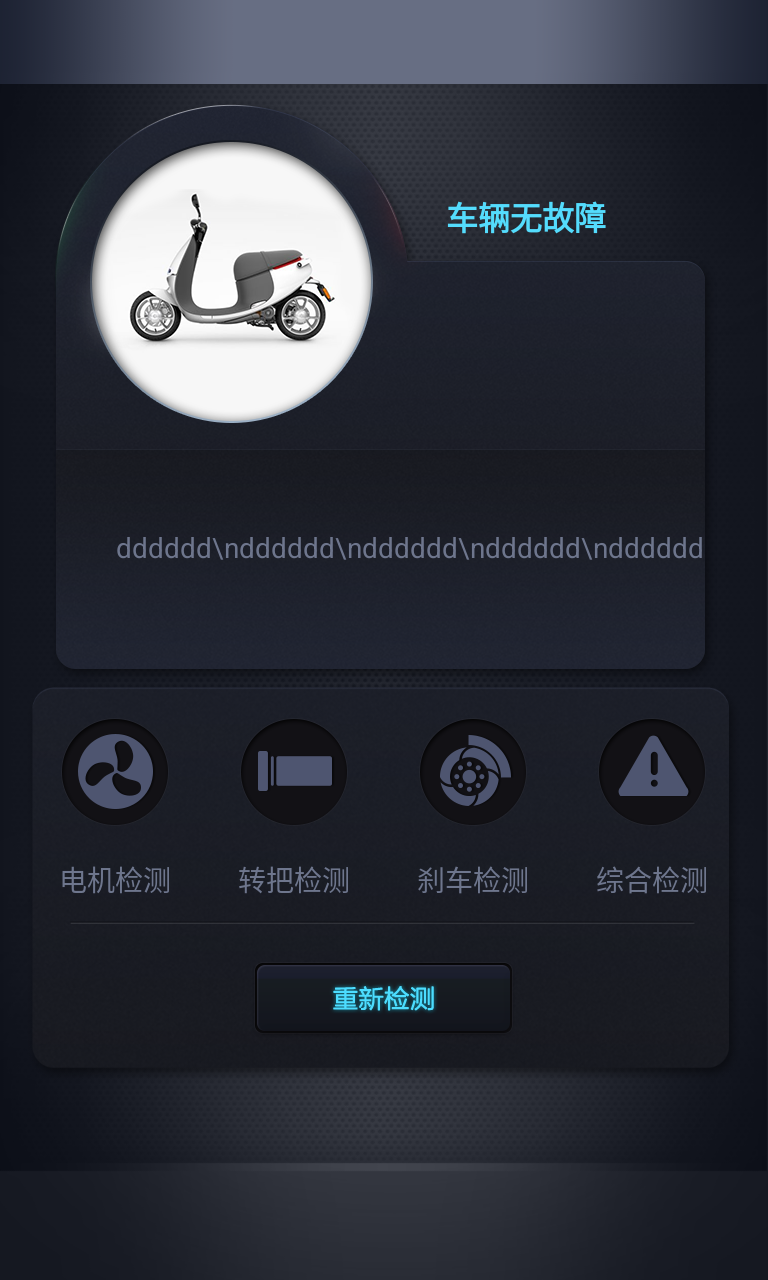
Repository: dongerqiang/Ab_YuanDun
Layout: WangCar/res/layout/activity_car_check_layout.xml
These files come from the project's save history. The layout is drawn as it stood at one moment and after the next save; the edit follows.
It is drawn on a 768 x 1280 px phone screen (xhdpi) without system bars, with theme android:Theme.Black.NoTitleBar; the app's code is not run.

Above is the layout before, as saved 2017-06-24 12:43:07.

### WangCar/res/layout/activity_car_check_layout.xml
<?xml version="1.0" encoding="utf-8"?>
<RelativeLayout xmlns:android="http://schemas.android.com/apk/res/android"
    android:layout_width="match_parent"
    android:layout_height="match_parent"
    android:background="@drawable/icon_window_bg" >

    <include
        android:id="@+id/titleLayout"
        layout="@layout/title_bar_layout" />

    <LinearLayout
        android:layout_width="match_parent"
        android:layout_height="wrap_content"
        android:layout_below="@id/titleLayout"
        android:orientation="vertical"
        android:paddingTop="8dp"
        >

        <FrameLayout
            android:layout_width="match_parent"
            android:layout_height="wrap_content" >

            <ImageView
                android:layout_width="wrap_content"
                android:layout_height="wrap_content"
                android:layout_gravity="center"
                android:src="@drawable/icon_check_top_bg" />

            <TextView
                android:id="@+id/asrTv"
                android:layout_width="wrap_content"
                android:layout_height="wrap_content"
                android:layout_gravity="left|center_vertical"
                android:layout_marginTop="78dp"
                android:layout_marginLeft="58dp"
                android:textColor="#6e768d"
                android:textSize="14sp"
                android:text="dddddd\ndddddd\ndddddd\ndddddd\ndddddd"
                 />

            <TextView
                android:id="@+id/checkItemTv"
                android:layout_width="143dp"
                android:layout_height="wrap_content"
                android:layout_gravity="right"
                android:layout_marginRight="18dp"
                android:layout_marginTop="46dp"
                android:gravity="left"
                android:text="车辆无故障"
                android:textColor="#54dcfd"
                android:textSize="16sp"
                android:textStyle="bold" />

        </FrameLayout>

        <FrameLayout
            android:layout_width="match_parent"
            android:layout_height="wrap_content"
            android:orientation="vertical" >

            <ImageView
                android:layout_width="wrap_content"
                android:layout_height="200dp"
                android:layout_marginLeft="13dp"
                android:layout_marginRight="13dp"
                android:scaleType="fitXY"
                android:src="@drawable/icon_check_btn_bg" />

            <LinearLayout
                android:layout_width="match_parent"
                android:layout_height="wrap_content"
                android:orientation="horizontal"
                android:paddingLeft="13dp"
                android:paddingRight="13dp"
                android:paddingTop="10dp" >

                <LinearLayout
                    android:layout_width="0dp"
                    android:layout_height="wrap_content"
                    android:layout_weight="1"
                    android:gravity="center"
                    android:orientation="vertical" >

                    <FrameLayout
                        android:layout_width="wrap_content"
                        android:layout_height="70dp" >

                        <ImageView
                            android:id="@+id/djScaleImg"
                            android:layout_width="wrap_content"
                            android:layout_height="wrap_content"
                            android:layout_gravity="center"
                            android:src="@drawable/icon_check_scale"
                            android:visibility="invisible" />

                        <ImageView
                            android:id="@+id/djImg"
                            android:layout_width="wrap_content"
                            android:layout_height="wrap_content"
                            android:layout_gravity="center"
                            android:src="@drawable/icon_check_motor_d" />
                    </FrameLayout>

                    <TextView
                        android:layout_width="wrap_content"
                        android:layout_height="wrap_content"
                        android:paddingTop="8dp"
                        android:text="电机检测"
                        android:textColor="#6e768d"
                        android:textSize="14sp" />
                </LinearLayout>

                <LinearLayout
                    android:layout_width="0dp"
                    android:layout_height="wrap_content"
                    android:layout_weight="1"
                    android:gravity="center"
                    android:orientation="vertical" >

                    <FrameLayout
                        android:layout_width="wrap_content"
                        android:layout_height="70dp" >

                        <ImageView
                            android:id="@+id/zbScaleImg"
                            android:layout_width="wrap_content"
                            android:layout_height="wrap_content"
                            android:layout_gravity="center"
                            android:src="@drawable/icon_check_scale"
                            android:visibility="invisible" />

                        <ImageView
                            android:id="@+id/zbImg"
                            android:layout_width="wrap_content"
                            android:layout_height="wrap_content"
                            android:layout_gravity="center"
                            android:src="@drawable/icon_check_zb_d" />
                    </FrameLayout>

                    <TextView
                        android:layout_width="wrap_content"
                        android:layout_height="wrap_content"
                        android:paddingTop="8dp"
                        android:text="转把检测"
                        android:textColor="#6e768d"
                        android:textSize="14sp" />
                </LinearLayout>

                <LinearLayout
                    android:layout_width="0dp"
                    android:layout_height="wrap_content"
                    android:layout_weight="1"
                    android:gravity="center"
                    android:orientation="vertical" >

                    <FrameLayout
                        android:layout_width="wrap_content"
                        android:layout_height="70dp" >

                        <ImageView
                            android:id="@+id/scScaleImg"
                            android:layout_width="wrap_content"
                            android:layout_height="wrap_content"
                            android:layout_gravity="center"
                            android:src="@drawable/icon_check_scale"
                            android:visibility="invisible" />

                        <ImageView
                            android:id="@+id/scImg"
                            android:layout_width="wrap_content"
                            android:layout_height="wrap_content"
                            android:layout_gravity="center"
                            android:src="@drawable/icon_check_sc_d" />
                    </FrameLayout>

                    <TextView
                        android:layout_width="wrap_content"
                        android:layout_height="wrap_content"
                        android:paddingTop="8dp"
                        android:text="刹车检测"
                        android:textColor="#6e768d"
                        android:textSize="14sp" />
                </LinearLayout>

                <LinearLayout
                    android:layout_width="0dp"
                    android:layout_height="wrap_content"
                    android:layout_weight="1"
                    android:gravity="center"
                    android:orientation="vertical" >

                    <FrameLayout
                        android:layout_width="wrap_content"
                        android:layout_height="70dp" >

                        <ImageView
                            android:id="@+id/allScaleImg"
                            android:layout_width="wrap_content"
                            android:layout_height="wrap_content"
                            android:layout_gravity="center"
                            android:src="@drawable/icon_check_scale"
                            android:visibility="invisible" />

                        <ImageView
                            android:id="@+id/allImg"
                            android:layout_width="wrap_content"
                            android:layout_height="wrap_content"
                            android:layout_gravity="center"
                            android:src="@drawable/icon_check_all_d" />
                    </FrameLayout>

                    <TextView
                        android:layout_width="wrap_content"
                        android:layout_height="wrap_content"
                        android:paddingTop="8dp"
                        android:text="综合检测"
                        android:textColor="#6e768d"
                        android:textSize="14sp" />
                </LinearLayout>
            </LinearLayout>

            <ImageView
                android:id="@+id/repertImg"
                android:layout_width="wrap_content"
                android:layout_height="wrap_content"
                android:layout_gravity="center_horizontal|bottom"
                android:src="@drawable/selector_repert_check_btn"
                android:layout_marginBottom="22dp"
                />
        </FrameLayout>
    </LinearLayout>

</RelativeLayout>

### WangCar/res/layout/title_bar_layout.xml
<?xml version="1.0" encoding="utf-8"?>
<LinearLayout xmlns:android="http://schemas.android.com/apk/res/android"
    android:layout_width="match_parent"
    android:layout_height="wrap_content"
    android:orientation="vertical" >

    <FrameLayout
        android:layout_width="match_parent"
        android:layout_height="42dp"
        android:background="@drawable/icon_title_bg"
        android:orientation="horizontal" >

        <ImageView
            android:id="@+id/backImg"
            android:layout_width="48dp"
            android:layout_height="match_parent"
            android:layout_gravity="left|bottom"
            android:scaleType="center"
            android:src="@drawable/icon_back"
            android:visibility="gone"
             />

        <ImageView
            android:id="@+id/logImg"
            android:layout_width="wrap_content"
            android:layout_height="30dp"
            android:scaleType="centerInside"
            android:layout_gravity="center"
            android:visibility="gone"
            android:src="@drawable/opa"/>
        <TextView
            android:id="@+id/titleTv"
            android:layout_width="wrap_content"
            android:layout_height="wrap_content"
            android:layout_gravity="center"
            android:textColor="#54dcfd"
            android:textSize="16sp" />
    </FrameLayout>

</LinearLayout>

### WangCar/res/drawable/selector_repert_check_btn.xml
<?xml version="1.0" encoding="utf-8"?>
<selector xmlns:android="http://schemas.android.com/apk/res/android">

    <item android:drawable="@drawable/icon_repert_check" android:state_pressed="false"></item>
    <item android:state_pressed="true">
        <layer-list >
            <item android:drawable="@drawable/icon_repert_check"></item>
            <item >
                <shape >
                    <solid android:color="#7affffff"/>
                </shape>
            </item>
        </layer-list>
    </item>

</selector>

After the next save:
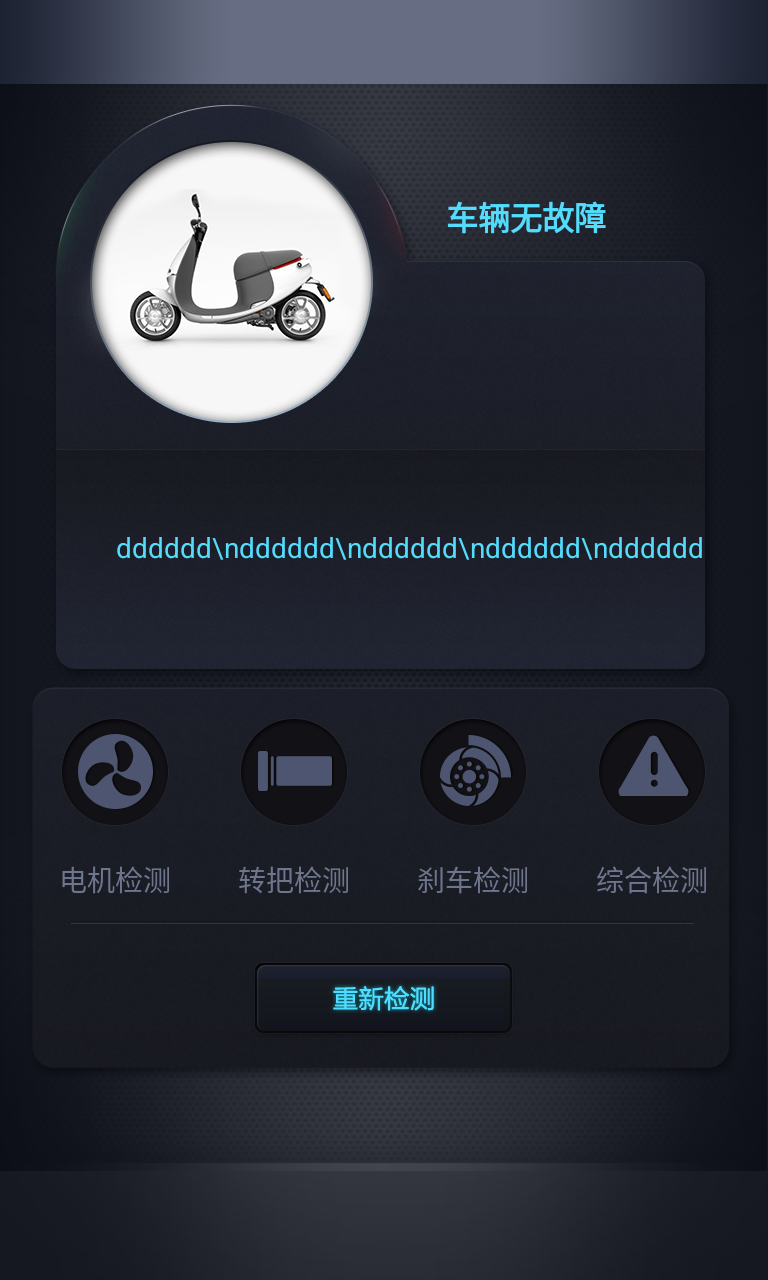
Saved 23 s later.
--- a/WangCar/res/layout/activity_car_check_layout.xml
+++ b/WangCar/res/layout/activity_car_check_layout.xml
@@ -33,7 +33,7 @@
                 android:layout_gravity="left|center_vertical"
                 android:layout_marginTop="78dp"
                 android:layout_marginLeft="58dp"
-                android:textColor="#6e768d"
+                android:textColor="#54dcfd"
                 android:textSize="14sp"
                 android:text="dddddd\ndddddd\ndddddd\ndddddd\ndddddd"
                  />
